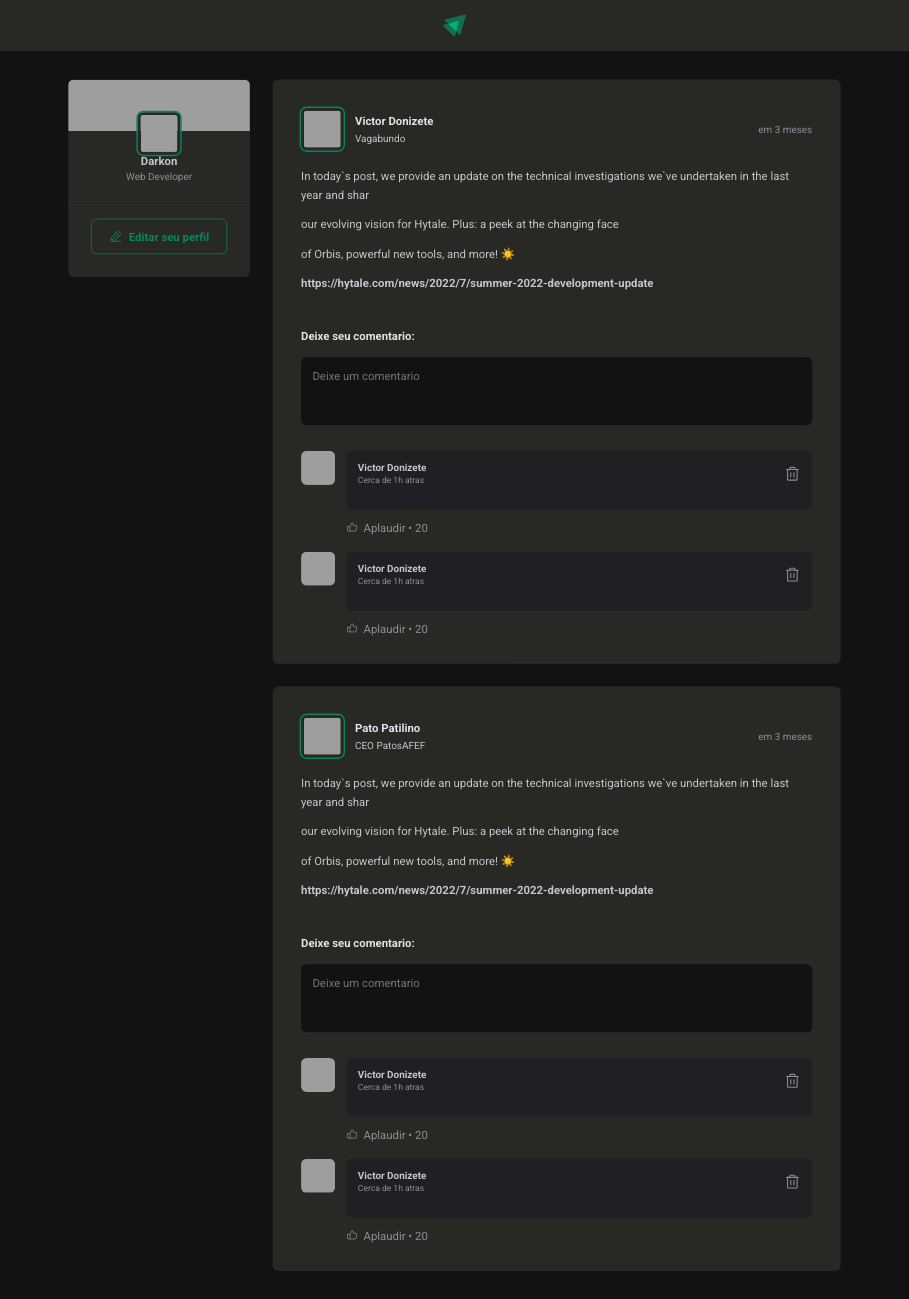
Repository: viviij/PseudoRedeSocial
Page: /
An editor plug-in stored every save of this project. The page is shown before and after the next save, followed by the edit.
The browser window is 1280 px wide. The pictures show the whole page, at 71% of full size.
Pictures or frames that could not be fetched are drawn as grey boxes. The project was rebuilt for these pictures with package versions that can differ from the ones it lists, and the page was loaded fresh each time. Also part of the build but not shown: vite.config.js.

Above is the page before, as saved 2022-10-20 17:55:15.

After the next save:
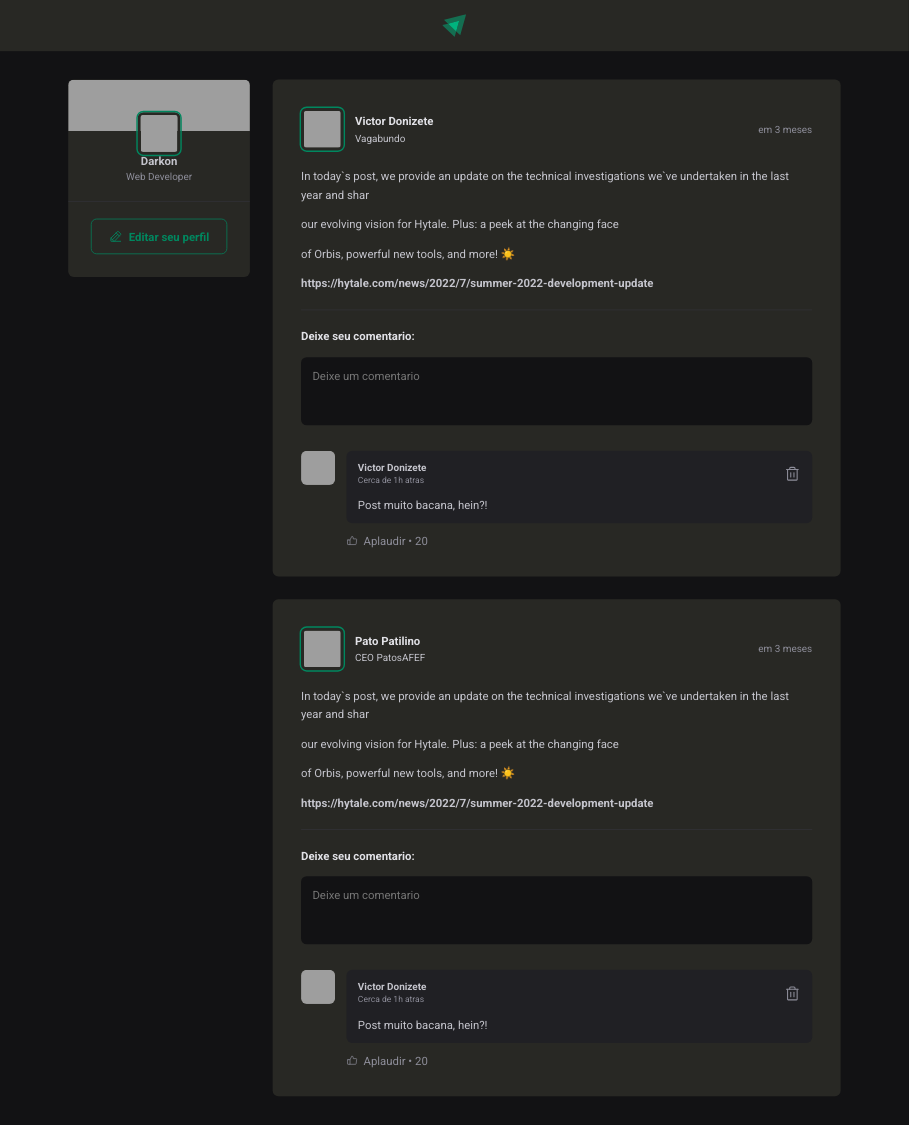
Saved 11 s later.
--- a/src/components/Post.jsx
+++ b/src/components/Post.jsx
@@ -9,8 +9,7 @@ import styles from "./Post.module.css"
 export function Post({ author, publishedAt, content }) {
 
   const [comments, setComments] = useState([
-    1,
-    2,
+    'Post muito bacana, hein?!'
   ])
 
   const publishedDateFormatted = format(publishedAt, "d 'de' LLLL 'às' HH:mm'h'", {
@@ -64,7 +63,7 @@ export function Post({ author, publishedAt, content }) {
 
       <div className={styles.commentList}>
         {comments.map(comment => {
-          return <Comment />
+          return <Comment content = {comment}/>
         })}
 
       </div>
